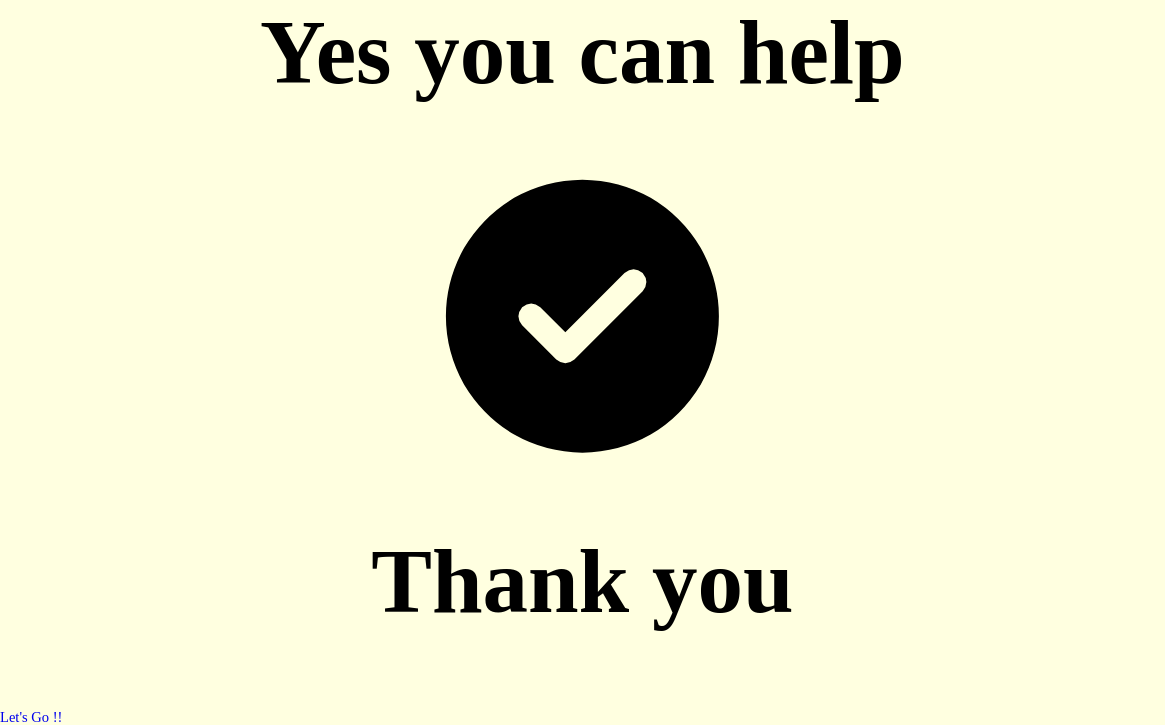
Repository: KittichoteKamalapirat/EMS-management-system
Page: approve.html
The author's editor kept a record of every edit. The page is drawn from the files as they stood at one moment, then again after the next edit.
The browser window is 1280 px wide. The pictures show the whole page, at 91% of full size.
Some web libraries are served in a nearby version.

Above is the page before.

After the next edit:
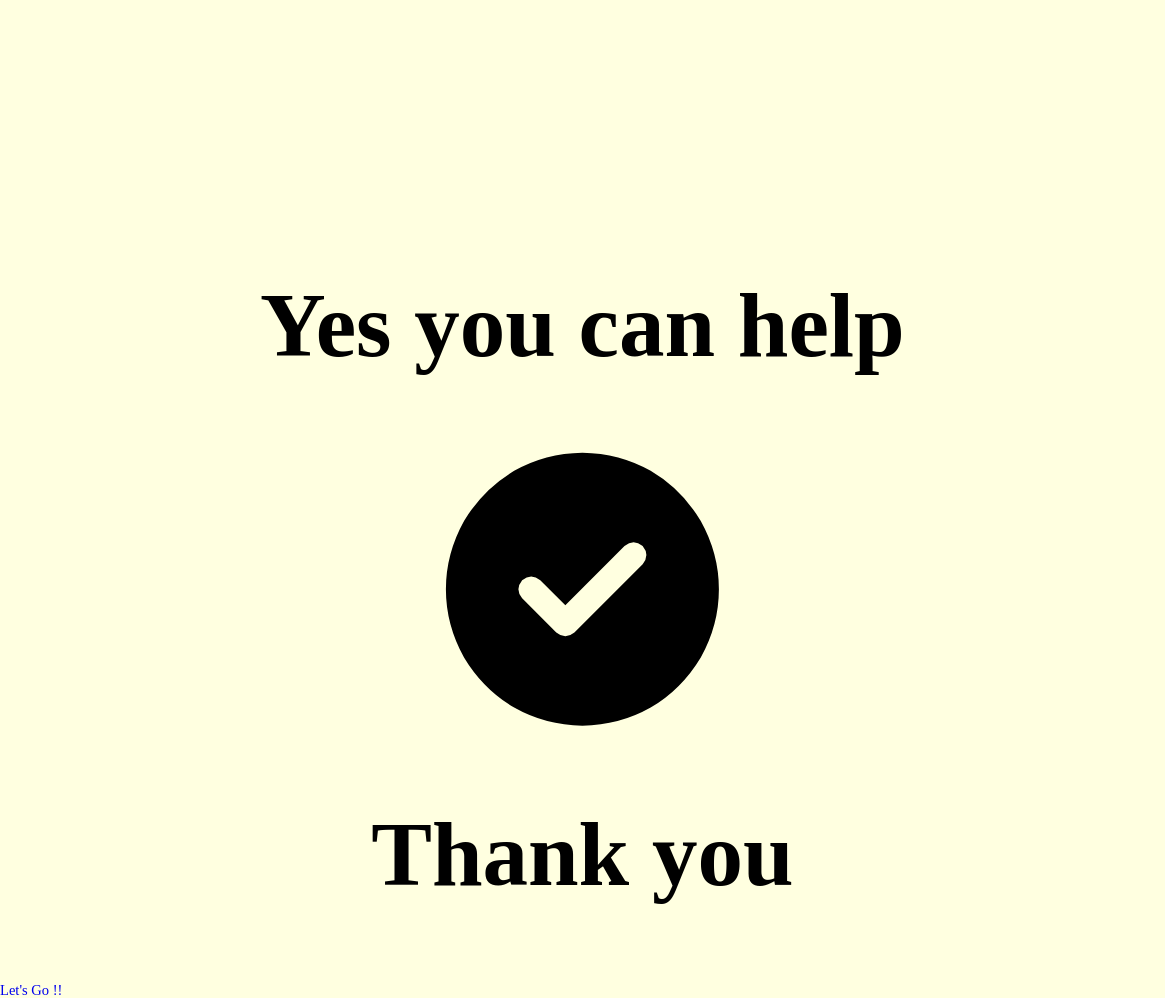
The edit:
--- a/approve.html
+++ b/approve.html
@@ -7,7 +7,7 @@
 </head>
 <body>
     <div class = "finished">
-        <h2>Yes you can help</h2>
+        <h2 class = "can">Yes you can help</h2>
         <div class = "thanks">
             <i class="fa fa-check-circle fa-3x"></i>
         </div>
